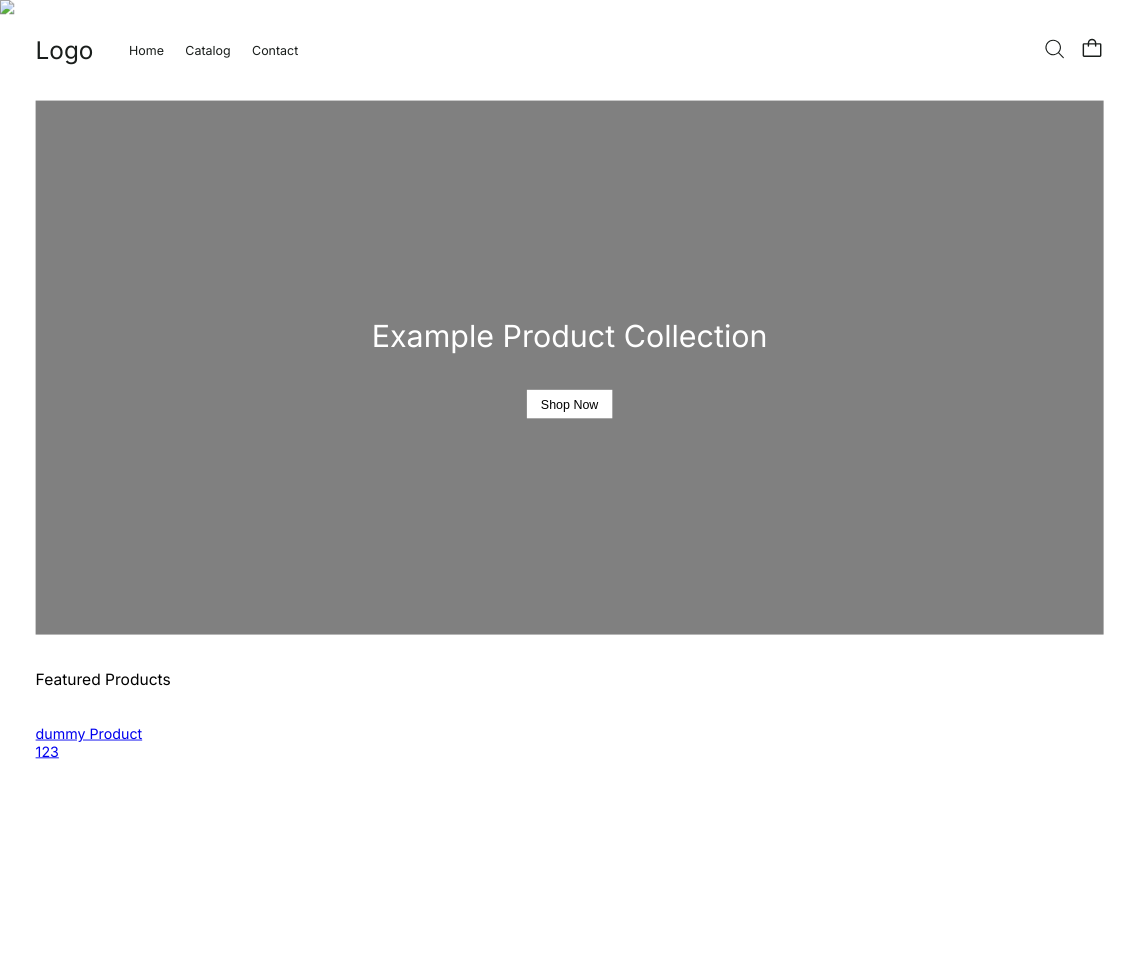
Repository: David-Waite/ecommercefrontendTemplate
Page: /
The author's editor kept a copy of each file at every save. The page is drawn from the files as they stood at one save, then again after the next save.
The browser window is 1280 px wide. The pictures show the whole page, at 89% of full size.
The project was rebuilt for these pictures with package versions that can differ from the ones it lists, and the page was loaded fresh each time. The framework's server and built-in components were replaced by stand-ins that run in the browser. Also part of the build but not shown: next.config.js.

Above is the page before, as saved 2023-08-24 19:45:57.

### app/layout.js
import Nav from "./Components/Nav/Nav";
import "./globals.css";
import { Inter } from "next/font/google";

const inter = Inter({ subsets: ["latin"] });

export const metadata = {
  title: "Create Next App",
  description: "Generated by create next app",
};

export default function RootLayout({ children }) {
  return (
    <html lang="en">
      <body className={inter.className}>
        <Nav />
        {children}
      </body>
    </html>
  );
}

### app/page.js
import Image from "next/image";
import styles from "./page.module.css";
import Link from "next/link";
import PrimaryButton from "./Components/UI/PrimaryButton/PrimaryButton";
import ProductGrid from "./Components/UI/ProductsGrid/ProductGrid";
import ProductCard from "./Components/UI/ProductCard/ProductCard";

export default function Home() {
  const DUMMYFEATUREDPRODUCTS = [
    {
      id: "1",
      image: "",
      name: "dummy Product",
      price: 123.0,
    },
  ];

  const featuredProducts = DUMMYFEATUREDPRODUCTS.map(
    ({ id, image, name, price }) => {
      return (
        <ProductCard key={id} image={image} name={name} price={price} id={id} />
      );
    }
  );
  return (
    <main className={styles.main}>
      <div className={styles.heroImage}>
        <h1>Example Product Collection</h1>
        <Link href={"#"}>
          <PrimaryButton text={"Shop Now"} />
        </Link>
      </div>

      <h2 className={styles.featuredProductHeading}>Featured Products</h2>
      <ProductGrid>{featuredProducts}</ProductGrid>
    </main>
  );
}

### app/Components/Nav/Nav.js
"use client";
import Link from "next/link";
import { useState } from "react";
import {
  PiMagnifyingGlassLight,
  PiBag,
  PiListLight,
  PiXLight,
} from "react-icons/pi";
import styles from "./Nav.module.css";

export default function Nav() {
  const [navOpen, setNavOpen] = useState(false);

  function toggleMenu() {
    setNavOpen((prev) => !prev);
  }
  return (
    <nav className={styles.nav}>
      <div className={styles.menu} onClick={toggleMenu}>
        {!navOpen && <PiListLight fontSize={24} />}
        {navOpen && <PiXLight fontSize={24} />}
      </div>

      <div className={styles.moblieMenu} style={{ width: !navOpen && "0" }}>
        <Link href="/">Home</Link>
        <Link href="#">Catalog</Link>
        <Link href="#">Contact</Link>
      </div>
      <div className={styles.linksContainer}>
        <Link className={styles.logo} href="/">
          Logo
        </Link>
        <div className={styles.pagesContainer}>
          <Link href="/">Home</Link>
          <Link href="#">Catalog</Link>
          <Link href="#">Contact</Link>
        </div>
      </div>
      <div className={styles.iconsContainer}>
        <Link href="#">
          <PiMagnifyingGlassLight fontSize={26} />
        </Link>
        <Link href="#">
          <PiBag fontSize={26} />
        </Link>
      </div>
    </nav>
  );
}

### app/globals.css
:root {
  --primary: ;
  --black: #191d1b;
  --background: #ffffff;
  --white: #ffffff;
  --grey: #606060;
  --hoverGrey: #c5c5c5;
  --error: #a83c23;
  --max-width: 1500px;
  --fontBase: 17.5px;
  --fontPlus1: 21.88px;
  --fontPlus2: 27.34px;
  --fontPlus3: 34.18px;
  --fontMinus1: 14px;
  --fontMinus2: 11.2px;
  --marginMax: 40px;
  --margin1000: 32px;
  --marginMobile: 16px;
}

* {
  padding: 0;
  margin: 0;
  box-sizing: border-box;
}

### app/page.module.css
.main {
  margin: 0px auto;
  padding: 0px 40px;
  max-width: calc(var(--max-width) + 80px);
}
.heroImage {
  width: 100%;
  height: 600px;
  background-color: grey;
  display: flex;
  gap: 40px;
  flex-direction: column;
  align-items: center;
  justify-content: center;
}

.heroImage h1 {
  font-size: var(--fontPlus3);
  font-weight: 400;
  color: white;
}

.featuredProductHeading {
  margin: 40px 0;
  font-size: var(--fontBase);
  font-weight: 400;
}

@media (max-width: 1000px) {
  .main {
    padding: 0px var(--margin1000);
  }
}
@media (max-width: 768px) {
  .main {
    padding: 0px var(--marginMobile);
  }
}

### app/Components/UI/PrimaryButton/PrimaryButton.js
import Link from "next/link";
import styles from "./PrimaryButton.module.css";

export default function PrimaryButton({ text }) {
  return <button className={styles.container}>{text}</button>;
}

### app/Components/UI/ProductsGrid/ProductGrid.js
import styles from "./ProductGrid.module.css";
export default function ProductGrid({ children }) {
  return <div className={styles.main}>{children}</div>;
}

### app/Components/UI/ProductCard/ProductCard.js
import Image from "next/image";
import Link from "next/link";

export default function ProductCard({ image, name, price, id }) {
  return (
    <Link href={`/catalog/product${id}`}>
      <div>
        <Image src={image} fill={true} alt={name} />
      </div>
      <p>{name}</p>
      <p>{price}</p>
    </Link>
  );
}

### app/Components/Nav/Nav.module.css
.nav {
  display: flex;
  align-items: center;
  justify-content: space-between;
  margin: 0px auto;
  padding: 40px;
  max-width: calc(var(--max-width) + 80px);
  position: relative;
}

.linksContainer {
  display: flex;
  align-items: center;
  justify-content: center;
  gap: 40px;
}

.pagesContainer {
  display: flex;
  gap: 24px;
}

.pagesContainer {
  font-size: var(--fontMinus1);
}

.iconsContainer {
  display: flex;
  gap: 16px;
}
.nav a {
  text-decoration: none;
  color: var(--black);
}

.logo {
  font-size: var(--fontPlus2);
}
.moblieMenu {
  position: absolute;
  flex-direction: column;
  width: 400px;
  left: 0;
  top: 113px;
  height: calc(100vh - 113px);
  transition: 0.3s;
  overflow: hidden;
}
.moblieMenu a {
  padding: 16px 32px;
}

.moblieMenu a:hover {
  background-color: var(--hoverGrey);
}
.menu,
.moblieMenu {
  display: none;
}
@media (max-width: 1000px) {
  .nav {
    padding: 40px var(--margin1000);
  }
  .pagesContainer {
    display: none;
  }
  .menu {
    display: block;
  }
  .moblieMenu {
    display: flex;
  }
  .logo {
    margin-left: 42px;
  }
}
@media (max-width: 768px) {
  .nav {
    padding: 40px var(--marginMobile);
  }
  .moblieMenu {
    width: 90vw;
  }
}

### app/Components/UI/PrimaryButton/PrimaryButton.module.css
.container {
  background-color: white;
  padding: 8px 16px;
  border: none;
  cursor: pointer;
  font-size: var(--fontMinus1);
}

.container:hover {
  background-color: var(--hoverGrey);
}

### app/Components/UI/ProductsGrid/ProductGrid.module.css
.main {
  display: grid;
  grid-template-rows: 1fr 1fr 1fr 1fr;
  gap: 40px;
}

After the next save:
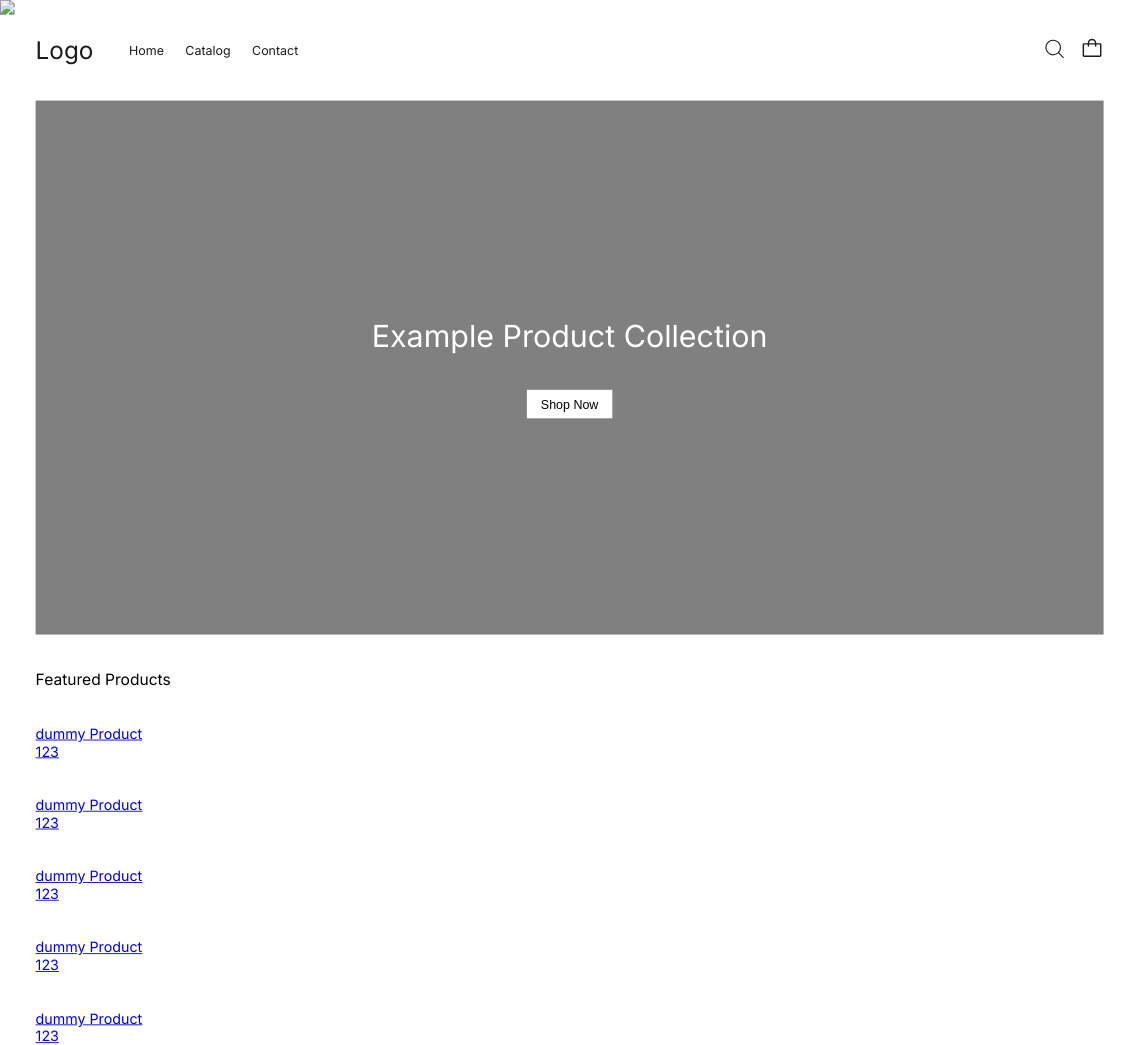
Saved 7 s later.
--- a/app/page.js
+++ b/app/page.js
@@ -7,6 +7,30 @@ import ProductCard from "./Components/UI/ProductCard/ProductCard";
 
 export default function Home() {
   const DUMMYFEATUREDPRODUCTS = [
+    {
+      id: "1",
+      image: "",
+      name: "dummy Product",
+      price: 123.0,
+    },
+    {
+      id: "1",
+      image: "",
+      name: "dummy Product",
+      price: 123.0,
+    },
+    {
+      id: "1",
+      image: "",
+      name: "dummy Product",
+      price: 123.0,
+    },
+    {
+      id: "1",
+      image: "",
+      name: "dummy Product",
+      price: 123.0,
+    },
     {
       id: "1",
       image: "",
